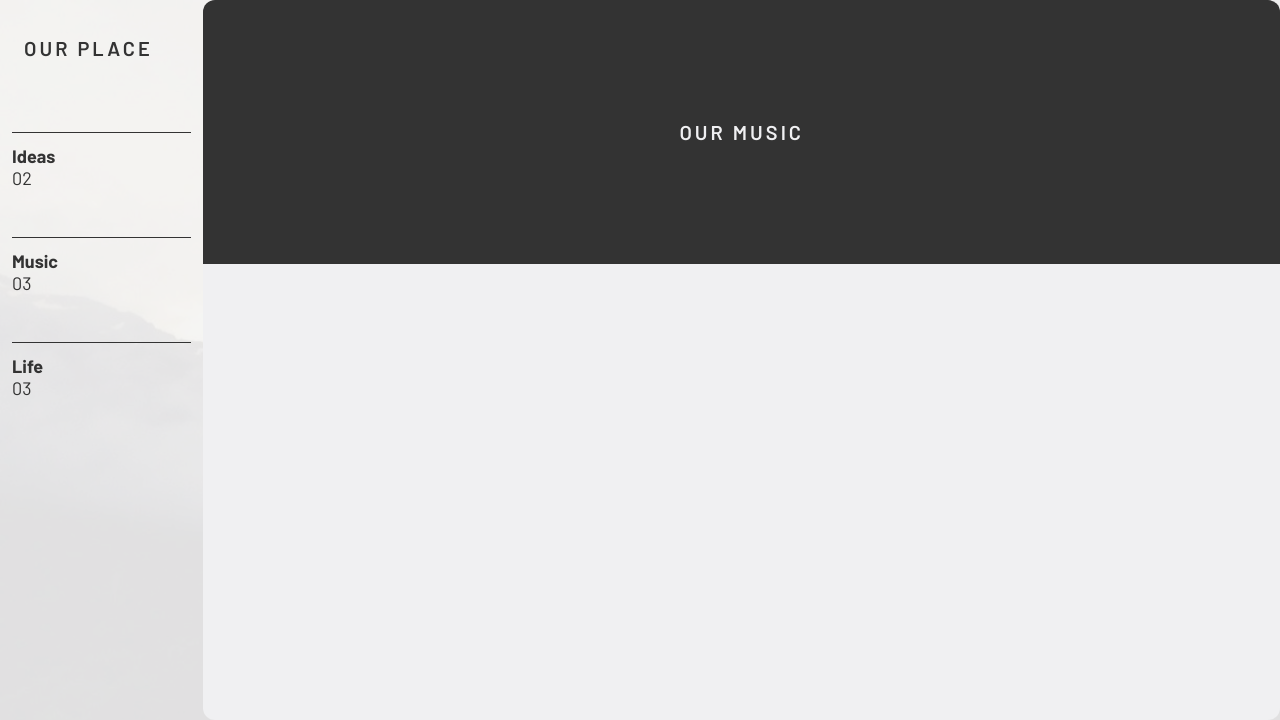
Repository: meghan-kradolfer/our-space-v1
Page: /music
The author's editor kept a copy of each file at every save. The page is drawn from the files as they stood at one save, then again after the next save.
The browser window is 1280 px wide. The pictures show the whole page.
The project was rebuilt for these pictures with package versions that can differ from the ones it lists, and the page was loaded fresh each time. Also part of the build but not shown: src/containers/home/index.js, src/components/footer.js.

Above is the page before, as saved 2017-11-17 20:06:48.

### public/index.html
<!doctype html>
<html lang="en">
<head>
    <meta charSet="utf-8" />
     <meta charset="utf-8">
    <meta name="viewport" content="width=device-width, initial-scale=1, shrink-to-fit=no">
    <meta name="theme-color" content="#000000">

    <title>Our Place</title>

    <link rel="apple-touch-icon" href="%PUBLIC_URL%/favicon.ico"/>
    <link rel="apple-touch-icon" sizes="76x76" href="%PUBLIC_URL%/favicon.ico"/>
    <link rel="apple-touch-icon" sizes="120x120" href="%PUBLIC_URL%/favicon.ico"/>
    <link rel="apple-touch-icon" sizes="152x152" href="%PUBLIC_URL%/favicon.ico"/>
    <link rel="apple-touch-icon" sizes="180x180" href="%PUBLIC_URL%/favicon.ico"/>
    <link rel="icon" sizes="192x192" href="%PUBLIC_URL%/favicon.ico"/>
    <link rel="shortcut icon" sizes="76x76" type="image/x-icon" href="%PUBLIC_URL%/favicon.ico"/>
    <link rel="mask-icon" href="%PUBLIC_URL%/favicon.ico" color="#000000"/>


    <meta name="description" content="Our Place"/>

    <meta property="og:site_name" content="Our Place"/>
    <meta property="og:title" content="Our Place"/>
    <meta property="og:description" content="Our Place"/>
    <meta property="og:type" content="website"/>
    <meta property="og:url" content="#"/>
    <meta property="og:image" content="#"/>
    <meta property="og:locale" content="en_NZ"/>

    <meta name="twitter:title" content="Our Place"/>
    <meta name="twitter:description" content="Our Place"/>
    <meta name="twitter:card" content="summary"/>
    <meta name="twitter:app:name:iphone" content="Our Place"/>
    <meta name="twitter:app:name:ipad" content="Our Place"/>
    <meta name="twitter:app:name:googleplay" content="Our Place"/>

    <link href="https://maxcdn.bootstrapcdn.com/font-awesome/4.7.0/css/font-awesome.min.css" rel="stylesheet" />

   <link href="https://fonts.googleapis.com/css?family=Crimson+Text:400,400i,600,600i,700" rel="stylesheet" />
   <link href="https://fonts.googleapis.com/css?family=Barlow:400,400i,600,600i,700" rel="stylesheet">

</head>
<body>
 <noscript>
      You need to enable JavaScript to run this app.
    </noscript>
<div id="root"></div>
</body>
</html>

### src/index.js
import React from "react";
import ReactDOM from "react-dom";
import { BrowserRouter as Router } from "react-router-dom"
import "./index.css";
import App from "./containers/app"
import registerServiceWorker from "./registerServiceWorker";

ReactDOM.render(<Router><App /></Router>, document.getElementById("root"));
registerServiceWorker();

### src/index.css
@keyframes bubble {
  100% {
    -webkit-transform: translate(-1px, 2px);
    -moz-transform: translate(-1px, 2px);
    -ms-transform: translate(-1px, 2px);
    -o-transform: translate(-1px, 2px);
    transform: translate(-1px, 2px); }
  75% {
    -webkit-transform: translate(3px, -2px);
    -moz-transform: translate(3px, -2px);
    -ms-transform: translate(3px, -2px);
    -o-transform: translate(3px, -2px);
    transform: translate(3px, -2px); }
  50% {
    -webkit-transform: translate(-1px, 1px);
    -moz-transform: translate(-1px, 1px);
    -ms-transform: translate(-1px, 1px);
    -o-transform: translate(-1px, 1px);
    transform: translate(-1px, 1px); }
  25% {
    -webkit-transform: translate(1px, 2px);
    -moz-transform: translate(1px, 2px);
    -ms-transform: translate(1px, 2px);
    -o-transform: translate(1px, 2px);
    transform: translate(1px, 2px); }
  0% {
    -webkit-transform: translate(-1px, -2px);
    -moz-transform: translate(-1px, -2px);
    -ms-transform: translate(-1px, -2px);
    -o-transform: translate(-1px, -2px);
    transform: translate(-1px, -2px); } }

@-webkit-keyframes bubble {
  100% {
    -webkit-transform: translate(-1px, 2px);
    -moz-transform: translate(-1px, 2px);
    -ms-transform: translate(-1px, 2px);
    -o-transform: translate(-1px, 2px);
    transform: translate(-1px, 2px); }
  75% {
    -webkit-transform: translate(3px, -2px);
    -moz-transform: translate(3px, -2px);
    -ms-transform: translate(3px, -2px);
    -o-transform: translate(3px, -2px);
    transform: translate(3px, -2px); }
  50% {
    -webkit-transform: translate(-1px, 1px);
    -moz-transform: translate(-1px, 1px);
    -ms-transform: translate(-1px, 1px);
    -o-transform: translate(-1px, 1px);
    transform: translate(-1px, 1px); }
  25% {
    -webkit-transform: translate(1px, 2px);
    -moz-transform: translate(1px, 2px);
    -ms-transform: translate(1px, 2px);
    -o-transform: translate(1px, 2px);
    transform: translate(1px, 2px); }
  0% {
    -webkit-transform: translate(-1px, -2px);
    -moz-transform: translate(-1px, -2px);
    -ms-transform: translate(-1px, -2px);
    -o-transform: translate(-1px, -2px);
    transform: translate(-1px, -2px); } }

@keyframes bubblebubble {
  50% {
    -webkit-transform: translate(0px, -130px);
    -moz-transform: translate(0px, -130px);
    -ms-transform: translate(0px, -130px);
    -o-transform: translate(0px, -130px);
    transform: translate(0px, -130px);
    opacity: 0; }
  40% {
    -webkit-transform: translate(3px, -90px);
    -moz-transform: translate(3px, -90px);
    -ms-transform: translate(3px, -90px);
    -o-transform: translate(3px, -90px);
    transform: translate(3px, -90px);
    opacity: 0.4; }
  30% {
    -webkit-transform: translate(-3px, -60px);
    -moz-transform: translate(-3px, -60px);
    -ms-transform: translate(-3px, -60px);
    -o-transform: translate(-3px, -60px);
    transform: translate(-3px, -60px);
    opacity: 0.6; }
  100% {
    opacity: 0;
    -webkit-transform: translate(0px, 0px);
    -moz-transform: translate(0px, 0px);
    -ms-transform: translate(0px, 0px);
    -o-transform: translate(0px, 0px);
    transform: translate(0px, 0px); }
  90% {
    -webkit-transform: translate(0px, -130px);
    -moz-transform: translate(0px, -130px);
    -ms-transform: translate(0px, -130px);
    -o-transform: translate(0px, -130px);
    transform: translate(0px, -130px);
    opacity: 0; }
  20% {
    -webkit-transform: translate(4px, -40px);
    -moz-transform: translate(4px, -40px);
    -ms-transform: translate(4px, -40px);
    -o-transform: translate(4px, -40px);
    transform: translate(4px, -40px);
    opacity: 0.7; }
  10% {
    -webkit-transform: translate(-4px, -20px);
    -moz-transform: translate(-4px, -20px);
    -ms-transform: translate(-4px, -20px);
    -o-transform: translate(-4px, -20px);
    transform: translate(-4px, -20px);
    opacity: 0.8; }
  0% {
    -webkit-transform: translate(0px, 0px);
    -moz-transform: translate(0px, 0px);
    -ms-transform: translate(0px, 0px);
    -o-transform: translate(0px, 0px);
    transform: translate(0px, 0px);
    opacity: 0.9; } }

@-webkit-keyframes bubblebubble {
  50% {
    -webkit-transform: translate(0px, -130px);
    -moz-transform: translate(0px, -130px);
    -ms-transform: translate(0px, -130px);
    -o-transform: translate(0px, -130px);
    transform: translate(0px, -130px);
    opacity: 0; }
  40% {
    -webkit-transform: translate(3px, -90px);
    -moz-transform: translate(3px, -90px);
    -ms-transform: translate(3px, -90px);
    -o-transform: translate(3px, -90px);
    transform: translate(3px, -90px);
    opacity: 0.4; }
  30% {
    -webkit-transform: translate(-3px, -60px);
    -moz-transform: translate(-3px, -60px);
    -ms-transform: translate(-3px, -60px);
    -o-transform: translate(-3px, -60px);
    transform: translate(-3px, -60px);
    opacity: 0.6; }
  100% {
    opacity: 0;
    -webkit-transform: translate(0px, 0px);
    -moz-transform: translate(0px, 0px);
    -ms-transform: translate(0px, 0px);
    -o-transform: translate(0px, 0px);
    transform: translate(0px, 0px); }
  90% {
    -webkit-transform: translate(0px, -130px);
    -moz-transform: translate(0px, -130px);
    -ms-transform: translate(0px, -130px);
    -o-transform: translate(0px, -130px);
    transform: translate(0px, -130px);
    opacity: 0; }
  20% {
    -webkit-transform: translate(4px, -40px);
    -moz-transform: translate(4px, -40px);
    -ms-transform: translate(4px, -40px);
    -o-transform: translate(4px, -40px);
    transform: translate(4px, -40px);
    opacity: 0.7; }
  10% {
    -webkit-transform: translate(-4px, -20px);
    -moz-transform: translate(-4px, -20px);
    -ms-transform: translate(-4px, -20px);
    -o-transform: translate(-4px, -20px);
    transform: translate(-4px, -20px);
    opacity: 0.8; }
  0% {
    -webkit-transform: translate(0px, 0px);
    -moz-transform: translate(0px, 0px);
    -ms-transform: translate(0px, 0px);
    -o-transform: translate(0px, 0px);
    transform: translate(0px, 0px);
    opacity: 0.9; } }

/* ==========================================================================
   Normalize.scss settings
   ========================================================================== */
/**
 * Includes legacy browser support IE6/7
 *
 * Set to false if you want to drop support for IE6 and IE7
 */
/* Base
   ========================================================================== */
/**
 * 1. Set default font family to sans-serif.
 * 2. Prevent iOS and IE text size adjust after device orientation change,
 *    without disabling user zoom.
 * 3. Corrects text resizing oddly in IE 6/7 when body `font-size` is set using
 *  `em` units.
 */
html {
  font-family: sans-serif;
  /* 1 */
  -ms-text-size-adjust: 100%;
  /* 2 */
  -webkit-text-size-adjust: 100%;
  /* 2 */ }

/**
 * Remove default margin.
 */
body {
  margin: 0; }

/* HTML5 display definitions
   ========================================================================== */
/**
 * Correct `block` display not defined for any HTML5 element in IE 8/9.
 * Correct `block` display not defined for `details` or `summary` in IE 10/11
 * and Firefox.
 * Correct `block` display not defined for `main` in IE 11.
 */
article,
aside,
details,
figcaption,
figure,
footer,
header,
hgroup,
main,
menu,
nav,
section,
summary {
  display: block; }

/**
 * 1. Correct `inline-block` display not defined in IE 6/7/8/9 and Firefox 3.
 * 2. Normalize vertical alignment of `progress` in Chrome, Firefox, and Opera.
 */
audio,
canvas,
progress,
video {
  display: inline-block;
  /* 1 */
  vertical-align: baseline;
  /* 2 */ }

/**
 * Prevents modern browsers from displaying `audio` without controls.
 * Remove excess height in iOS 5 devices.
 */
audio:not([controls]) {
  display: none;
  height: 0; }

/**
 * Address `[hidden]` styling not present in IE 8/9/10.
 * Hide the `template` element in IE 8/9/10/11, Safari, and Firefox < 22.
 */
[hidden],
template {
  display: none; }

/* Links
   ========================================================================== */
/**
 * Remove the gray background color from active links in IE 10.
 */
a {
  background-color: transparent; }

/**
 * Improve readability of focused elements when they are also in an
 * active/hover state.
 */
a:active, a:hover {
  outline: 0; }

/* Text-level semantics
   ========================================================================== */
/**
 * Address styling not present in IE 8/9/10/11, Safari, and Chrome.
 */
abbr[title] {
  border-bottom: 1px dotted; }

/**
 * Address style set to `bolder` in Firefox 4+, Safari, and Chrome.
 */
b,
strong {
  font-weight: bold; }

/**
 * Address styling not present in Safari and Chrome.
 */
dfn {
  font-style: italic; }

/**
 * Address variable `h1` font-size and margin within `section` and `article`
 * contexts in Firefox 4+, Safari, and Chrome.
 */
h1 {
  font-size: 2em;
  margin: 0.67em 0; }

/**
 * Addresses styling not present in IE 8/9.
 */
mark {
  background: #ff0;
  color: #000; }

/**
 * Address inconsistent and variable font size in all browsers.
 */
small {
  font-size: 80%; }

/**
 * Prevent `sub` and `sup` affecting `line-height` in all browsers.
 */
sub,
sup {
  font-size: 75%;
  line-height: 0;
  position: relative;
  vertical-align: baseline; }

sup {
  top: -0.5em; }

sub {
  bottom: -0.25em; }

/* Embedded content
   ========================================================================== */
/**
 * 1. Remove border when inside `a` element in IE 8/9/10.
 * 2. Improves image quality when scaled in IE 7.
 */
img {
  border: 0; }

/**
 * Correct overflow not hidden in IE 9/10/11.
 */
svg:not(:root) {
  overflow: hidden; }

/* Grouping content
   ========================================================================== */
/**
 * Address margin not present in IE 8/9 and Safari.
 */
figure {
  margin: 1em 40px; }

/**
 * Address differences between Firefox and other browsers.
 */
hr {
  box-sizing: content-box;
  height: 0; }

/**
 * Contain overflow in all browsers.
 */
pre {
  overflow: auto; }

/**
 * Address odd `em`-unit font size rendering in all browsers.
 * Correct font family set oddly in IE 6, Safari 4/5, and Chrome.
 */
code,
kbd,
pre,
samp {
  font-family: monospace, monospace;
  font-size: 1em; }

/* Forms
   ========================================================================== */
/**
 * Known limitation: by default, Chrome and Safari on OS X allow very limited
 * styling of `select`, unless a `border` property is set.
 */
/**
 * 1. Correct color not being inherited.
 *  Known issue: affects color of disabled elements.
 * 2. Correct font properties not being inherited.
 * 3. Address margins set differently in Firefox 4+, Safari, and Chrome.
 * 4. Improves appearance and consistency in all browsers.
 */
button,
input,
optgroup,
select,
textarea {
  color: inherit;
  /* 1 */
  font: inherit;
  /* 2 */
  margin: 0;
  /* 3 */ }

/**
 * Address `overflow` set to `hidden` in IE 8/9/10/11.
 */
button {
  overflow: visible; }

/**
 * Address inconsistent `text-transform` inheritance for `button` and `select`.
 * All other form control elements do not inherit `text-transform` values.
 * Correct `button` style inheritance in Firefox, IE 8/9/10/11, and Opera.
 * Correct `select` style inheritance in Firefox.
 */
button,
select {
  text-transform: none; }

/**
 * 1. Avoid the WebKit bug in Android 4.0.* where (2) destroys native `audio`
 *  and `video` controls.
 * 2. Correct inability to style clickable `input` types in iOS.
 * 3. Improve usability and consistency of cursor style between image-type
 *  `input` and others.
 * 4. Removes inner spacing in IE 7 without affecting normal text inputs.
 *  Known issue: inner spacing remains in IE 6.
 */
button,
html input[type="button"],
input[type="reset"],
input[type="submit"] {
  -webkit-appearance: button;
  /* 2 */
  cursor: pointer;
  /* 3 */ }

/**
 * Re-set default cursor for disabled elements.
 */
button[disabled],
html input[disabled] {
  cursor: default; }

/**
 * Remove inner padding and border in Firefox 4+.
 */
button::-moz-focus-inner,
input::-moz-focus-inner {
  border: 0;
  padding: 0; }

/**
 * Address Firefox 4+ setting `line-height` on `input` using `!important` in
 * the UA stylesheet.
 */
input {
  line-height: normal; }

/**
 * 1. Address box sizing set to `content-box` in IE 8/9/10.
 * 2. Remove excess padding in IE 8/9/10.
 *  Known issue: excess padding remains in IE 6.
 */
input[type="checkbox"],
input[type="radio"] {
  box-sizing: border-box;
  /* 1 */
  padding: 0;
  /* 2 */ }

/**
 * Fix the cursor style for Chrome's increment/decrement buttons. For certain
 * `font-size` values of the `input`, it causes the cursor style of the
 * decrement button to change from `default` to `text`.
 */
input[type="number"]::-webkit-inner-spin-button,
input[type="number"]::-webkit-outer-spin-button {
  height: auto; }

/**
 * 1. Address `appearance` set to `searchfield` in Safari and Chrome.
 * 2. Address `box-sizing` set to `border-box` in Safari and Chrome.
 */
input[type="search"] {
  -webkit-appearance: textfield;
  /* 1 */
  box-sizing: content-box;
  /* 2 */ }

/**
 * Remove inner padding and search cancel button in Safari and Chrome on OS X.
 * Safari (but not Chrome) clips the cancel button when the search input has
 * padding (and `textfield` appearance).
 */
input[type="search"]::-webkit-search-cancel-button,
input[type="search"]::-webkit-search-decoration {
  -webkit-appearance: none; }

/**
 * Define consistent border, margin, and padding.
 */
fieldset {
  border: 1px solid #c0c0c0;
  margin: 0 2px;
  padding: 0.35em 0.625em 0.75em; }

/**
 * 1. Correct `color` not being inherited in IE 8/9/10/11.
 * 2. Remove padding so people aren't caught out if they zero out fieldsets.
 * 3. Corrects text not wrapping in Firefox 3.
 * 4. Corrects alignment displayed oddly in IE 6/7.
 */
legend {
  border: 0;
  /* 1 */
  padding: 0;
  /* 2 */ }

/**
 * Remove default vertical scrollbar in IE 8/9/10/11.
 */
textarea {
  overflow: auto; }

/**
 * Don't inherit the `font-weight` (applied by a rule above).
 * NOTE: the default cannot safely be changed in Chrome and Safari on OS X.
 */
optgroup {
  font-weight: bold; }

/* Tables
   ========================================================================== */
/**
 * Remove most spacing between table cells.
 */
table {
  border-collapse: collapse;
  border-spacing: 0; }

td,
th {
  padding: 0; }

a {
  color: inherit; }

* {
  box-sizing: border-box; }

html,
body {
  height: 100%;
  font-size: 12px; }

html {
  background-image: url("/assets/img/bg.jpg");
  background-size: cover; }

body {
  background-color: rgba(244, 244, 244, 0.9); }

img {
  max-width: 100%; }

.container {
  padding: 0;
  margin: 0;
  list-style: none;
  height: 100vh;
  -ms-box-orient: horizontal;
  display: flex;
  justify-content: space-around;
  flex-flow: row wrap;
  align-items: stretch; }

header {
  flex: 1;
  height: 100vh;
  overflow: scroll; }

main {
  font-family: "Barlow", sans-serif;
  flex: 6;
  height: 100vh;
  background: #F0F0F2;
  overflow: scroll;
  border-radius: 1rem; }

h1 {
  font-weight: 600;
  color: rgba(47, 47, 47, 0.98);
  text-transform: uppercase;
  font-size: 20px;
  letter-spacing: 3px;
  padding: 1rem;
  margin: 0; }

h2 {
  background-color: rgba(47, 47, 47, 0.98);
  font-weight: 600;
  color: #F0F0F2;
  text-transform: uppercase;
  font-size: 20px;
  letter-spacing: 3px;
  padding: 1rem;
  margin: 0; }

a {
  position: relative;
  text-decoration: none;
  color: inherit; }

.row {
  max-width: 80rem;
  margin: 0 auto; }

.col-12, .col-10, .col-9, .col-6, .col-4, .col-3 {
  display: inline-block;
  vertical-align: middle; }

.col-12 {
  width: 100%; }

.col-10 {
  width: 83.3%; }

.col-9 {
  width: 75%; }

.col-6 {
  width: 50%; }

.col-4 {
  width: 33.3%; }

.col-3 {
  width: 25%; }

.top-banner {
  background-color: rgba(47, 47, 47, 0.98); }
  .top-banner h1 {
    color: #F0F0F2;
    padding: 10rem 0;
    text-align: center; }

header {
  font-family: "Barlow", sans-serif;
  padding: 1rem 0;
  font-size: 1.5rem;
  padding: 0 1rem; }
  header .flex-item {
    display: flex;
    flex-direction: column; }
  header .logo {
    font-size: 2rem;
    padding: 2rem 0 5rem 0; }
  header .nav-item {
    flex-direction: column;
    color: rgba(47, 47, 47, 0.98);
    padding: 1rem 0;
    border-top: 1px solid rgba(47, 47, 47, 0.98);
    padding-bottom: 4rem; }
    header .nav-item:hover {
      color: #66857B;
      border-color: #66857B; }
  header strong {
    display: block; }

footer .social {
  text-align: center;
  color: rgba(47, 47, 47, 0.98); }
  footer .social i {
    font-size: 2rem;
    padding: 0 2rem;
    cursor: pointer; }
    footer .social i:hover {
      color: #66857B; }

### src/containers/app/index.js
import React from "react";
import { Route, Link } from "react-router-dom"
import Home from "../home"
import Music from "../music"
import Nav from "../../components/nav"
import Footer from "../../components/footer"
import tracker from "../../utils/google-analytics";


const App = () => (
  <div className="container">
    <Nav>
      <Link to="/" className="nav-item">
        <strong>Ideas</strong>
        02
      </Link>
      <Link to="/music" className="nav-item">
        <strong>Music</strong>
        03
      </Link>
      <Link to="/music" className="nav-item">
        <strong>Life</strong>
        03
      </Link>
    </Nav>
    <main>
      <Route exact path="/" component={tracker(Home)} />
      <Route exact path="/music" component={tracker(Music)} />
    </main>
  </div>
);

export default App

### src/containers/music/index.js
import React from 'react'

const Music = () => (
  <div className="music">
   <div className="top-banner">
      <h1>Our Music</h1>
   </div>
  </div>
);

export default Music

### src/components/nav.js
import React from "react"
import { Link } from "react-router-dom";

class Nav extends React.Component {
  render() {
    return (
      <header>
        <div className="flex-item logo">
          <Link to="/">
            <h1>Our Place</h1>
          </Link>
        </div>
        <nav className="flex-item">
          {this.props.children}
        </nav>
      </header>
    )
  }
}

export default Nav

### src/utils/google-analytics.js
import React from "react";
import ReactGA from "react-ga";

ReactGA.initialize("UA-107493752-1");

const tracker = (WrappedComponent) => {
  const trackPage = (page) => {
    ReactGA.pageview(page);
  };

  const HOC = (props) => {
    const page = props.location.pathname;
    trackPage(page);

    return (
      <WrappedComponent {...props} />
    );
  };

  return HOC;
};

export default tracker;

Loaded but not shown: src/registerServiceWorker.js (common file)

After the next save:
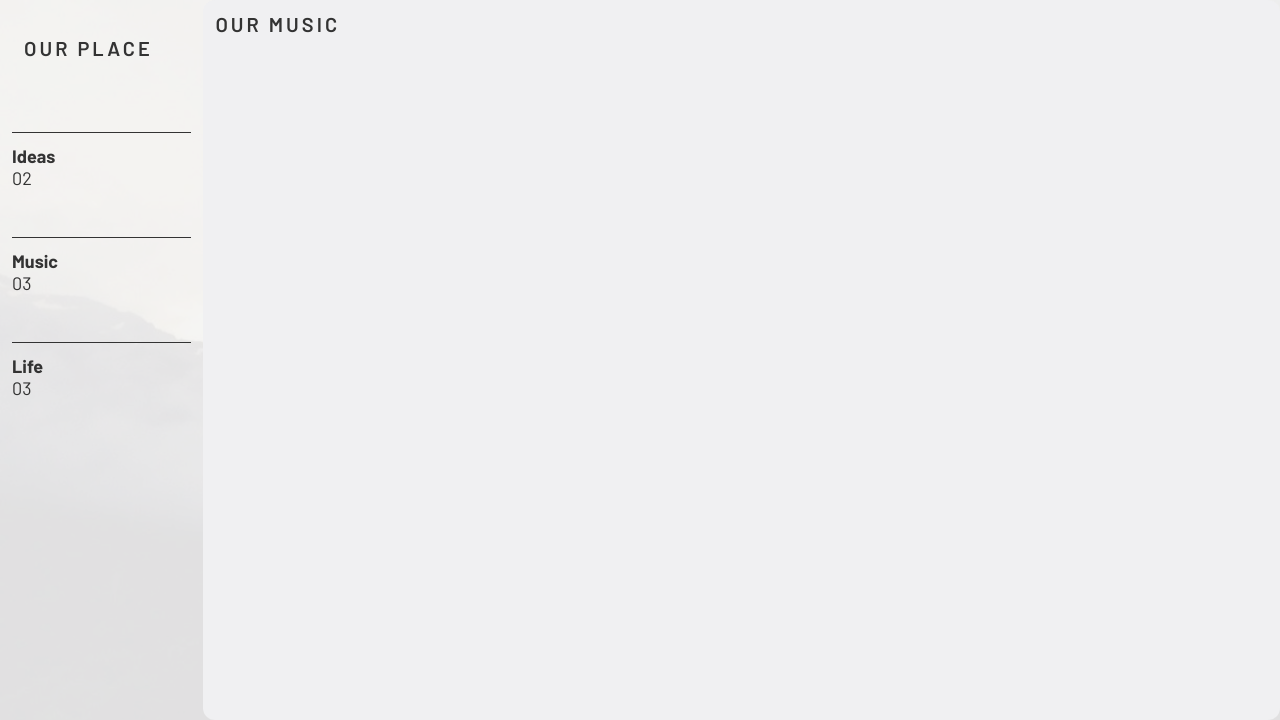
Saved 36 s later.
--- a/src/containers/music/index.js
+++ b/src/containers/music/index.js
@@ -2,9 +2,7 @@ import React from 'react'
 
 const Music = () => (
   <div className="music">
-   <div className="top-banner">
-      <h1>Our Music</h1>
-   </div>
+   <h1>Our Music</h1>
   </div>
 );
 
